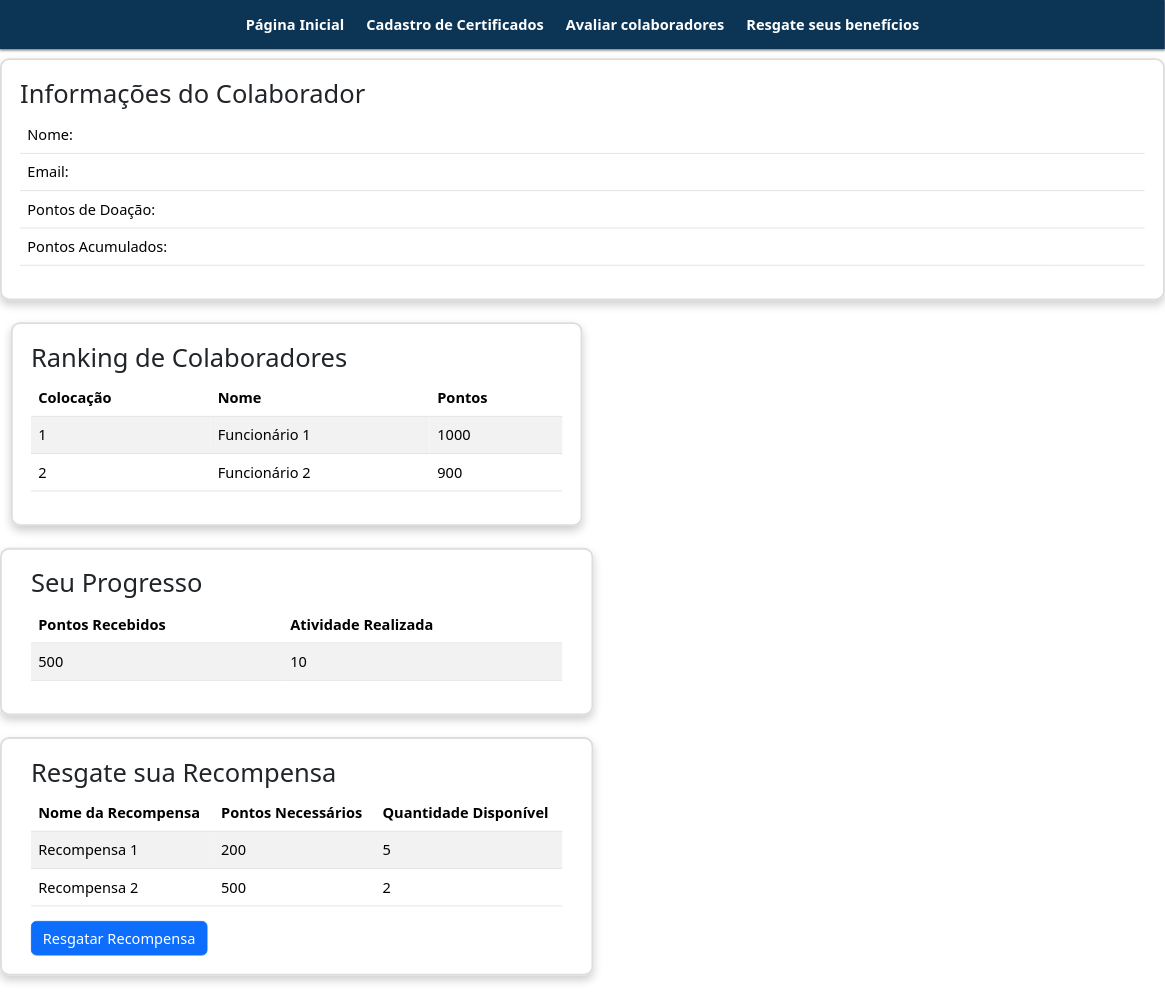
Repository: mumuryllo/ProjetoZupPointsCatalisa5
Page: ZuPointsCatalisa5 Front-End/colaborador.html
The author's editor kept a copy of each file at every save. The page is drawn from the files as they stood at one save, then again after the next save.
The browser window is 1280 px wide. The pictures show the whole page, at 91% of full size.
The page's requests for data from a server got no answer.

Above is the page before, as saved 2023-10-12 17:52:41.

After the next save:
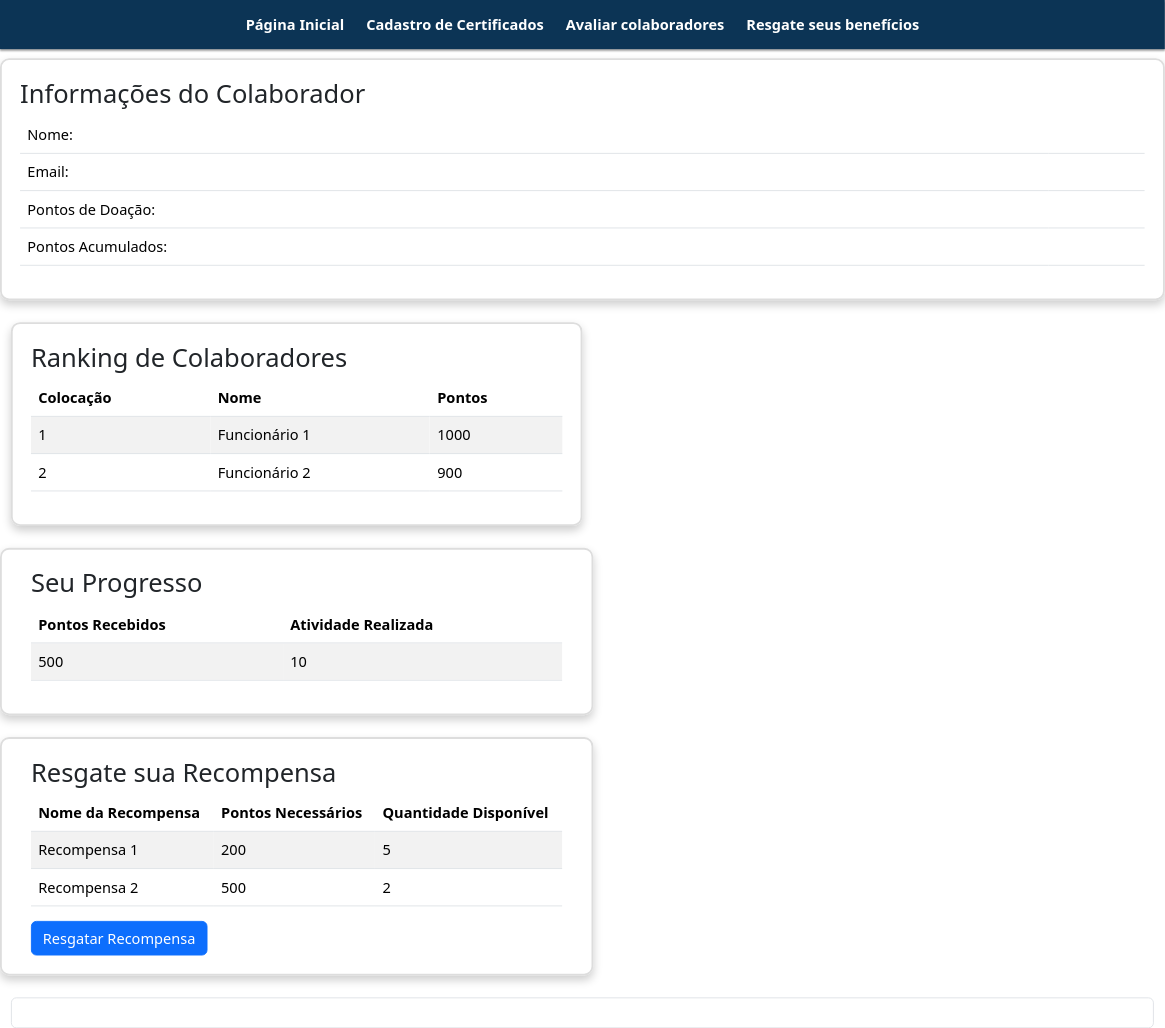
Saved 3 min 4 s later.
--- a/ZuPointsCatalisa5 Front-End/colaborador.html
+++ b/ZuPointsCatalisa5 Front-End/colaborador.html
@@ -152,6 +152,15 @@
                 </div>
             </div>
         </div>
+        <div class="accordion" id="certificadosAccordion">
+            <div class="accordion-item">
+                <h2 class="accordion-header" id="certificado1Heading">
+                </h2>
+                <div id="certificado1Collapse" class="accordion-collapse collapse show" aria-labelledby="certificado1Heading" data-bs-parent="#certificadosAccordion">
+                    <div class="accordion-body">
+                    </div>
+                </div>
+            </div>
     </div>
     <script src="./js/listarInfoColaboradores.js"></script>
     <script src="./js/listarCertificado.js"></script>
